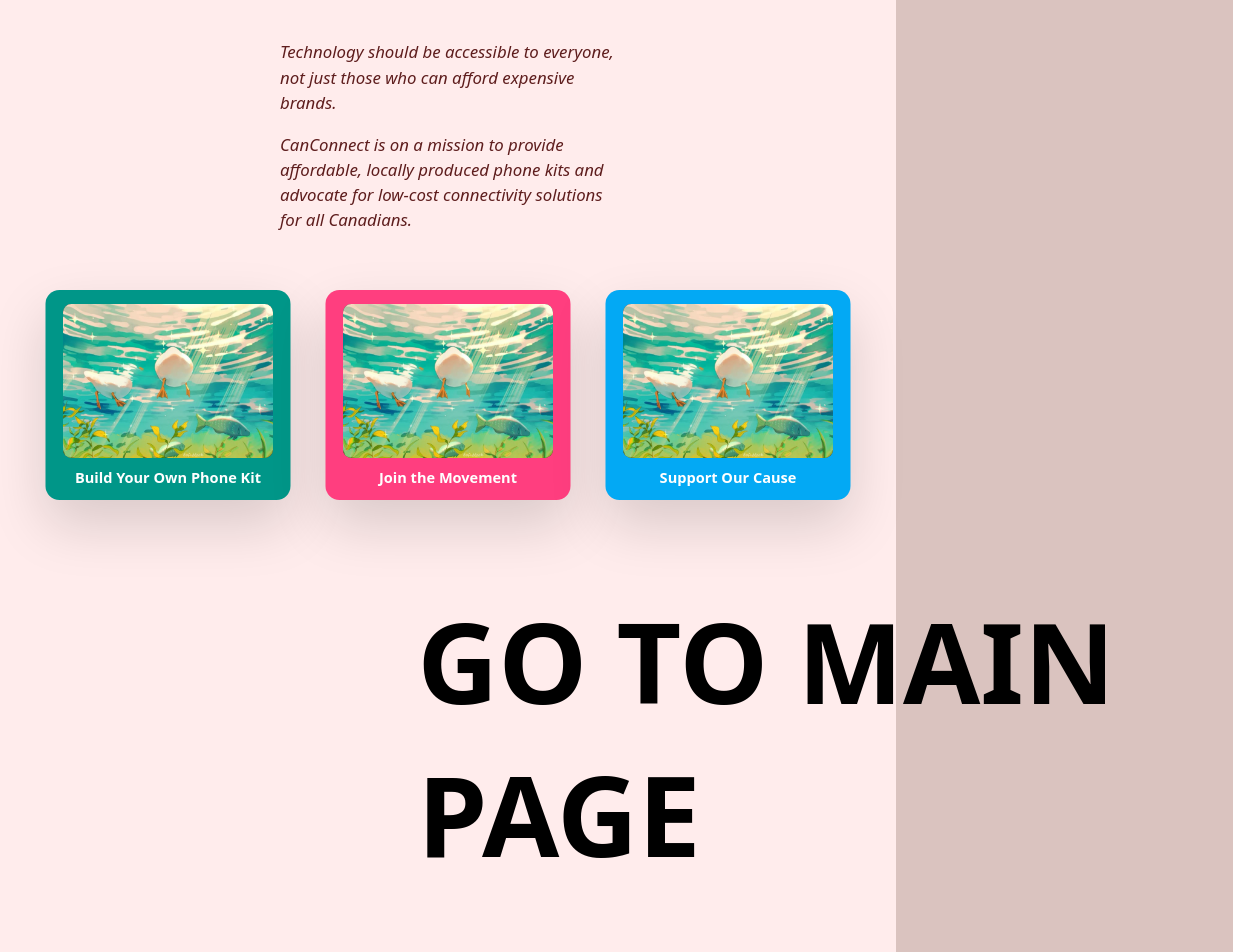
Repository: katelynyew/communityWebsite
Page: index.html
These files come from the project's save history. The page is drawn as it stood at one moment and after the next save; the edit follows.
The browser window is 1280 px wide. The page is 1761 px wide, so the pictures cover 1761 px, including what lies to the right of the window. The pictures show the part of the page from y = 2666 to 4026 px (the page is 4026 px tall before and 3940 px after), at 70% of full size.
Some web fonts or font styles are not loaded; a fallback is used. Some web libraries are served in a nearby version.

Above is the page before, as saved 2025-04-03 03:24:38.

After the next save:
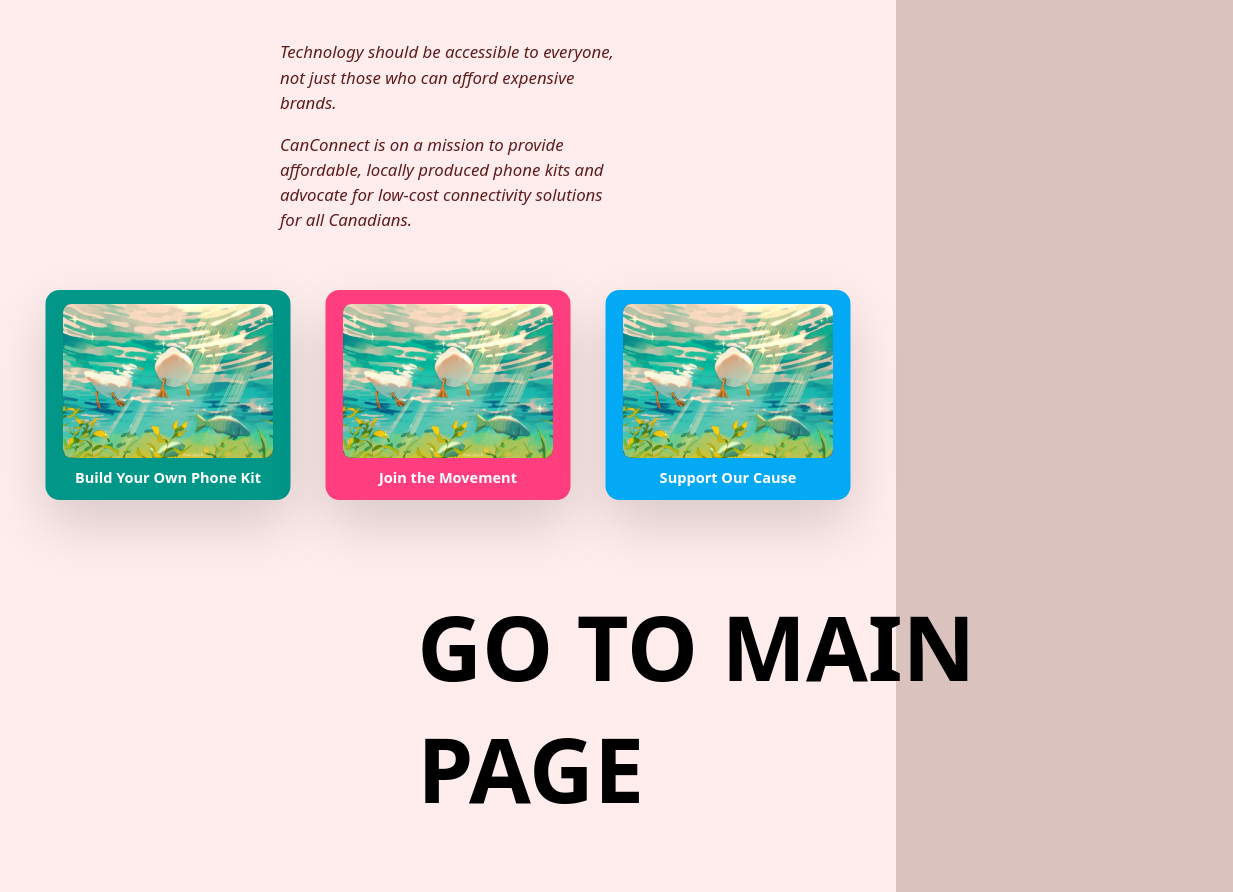
Saved 9 s later.
--- a/style.css
+++ b/style.css
@@ -326,7 +326,7 @@
     width: 100%;
     font-size: 10rem;
     color: black;
-    font-size: 10rem;
+    font-size: 8rem;
     font-weight: lighter;
     list-style: none;
     display: inline-block;
